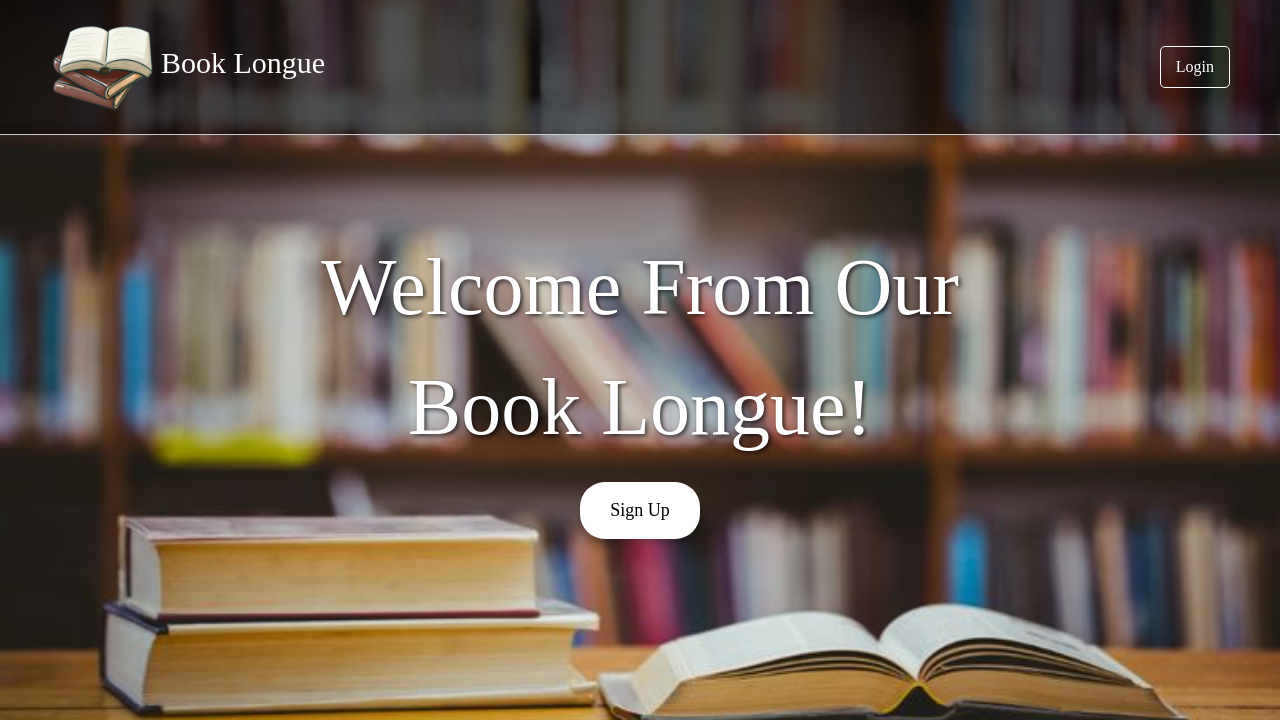
Repository: moehaymanmyint/Book-Longue-Web-System
Page: pages/GetStarted.html
The author's editor kept a copy of each file at every save. The page is drawn from the files as they stood at one save, then again after the next save.
The browser window is 1280 px wide. The pictures show the whole page.
Some web fonts or font styles are not loaded; a fallback is used.

Above is the page before, as saved 2024-12-30 11:59:59.

After the next save:
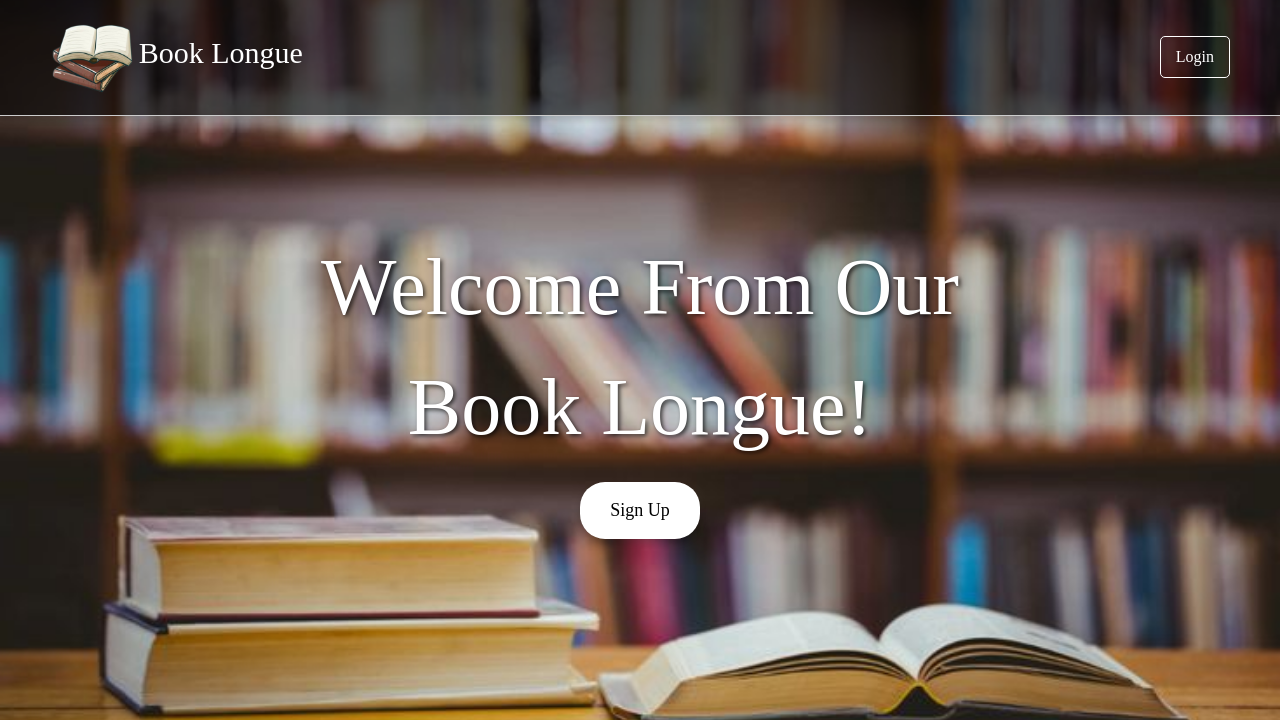
Saved 9 s later.
--- a/style/GetStarted.css
+++ b/style/GetStarted.css
@@ -33,7 +33,7 @@ body {
 }
 
 .nav-bar .left img {
-    width: 10%;
+    width: 8%;
 }
 
 .nav-bar h1 {
